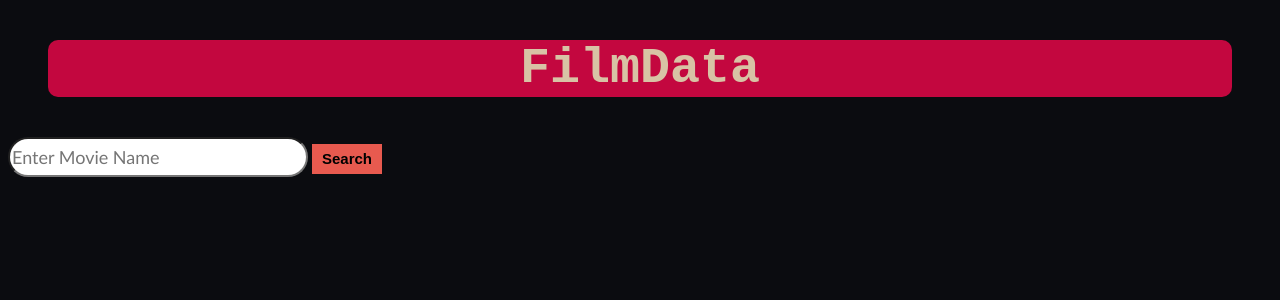
Repository: priyankajainmodi/film_data
Page: index.html
The author's editor kept a copy of each file at every save. The page is drawn from the files as they stood at one save, then again after the next save.
The browser window is 1280 px wide. The pictures show the whole page.

Above is the page before, as saved 2021-11-26 13:38:27.

### index.html
<html>

<head>
    <title>FilmData</title>

    <link rel="icon" href="favicon/favicon.ico" type="image/x-icon">
    <link rel="stylesheet" href="https://cdnjs.cloudflare.com/ajax/libs/font-awesome/4.7.0/css/font-awesome.min.css">

    <meta name="viewport" content="width=device-width, initial-scale=1.0">
    <style>
        #leftbox {
            float: left;
            margin-top: 20;
            width: 30%;
            height: 455px;
            margin-bottom: 30;
        }

        #rightbox {
            float: right;
            margin-top: 20;
            width: 70%;
            height: 455px;
            margin-bottom: 30;
        }

        .button {
            background-color: #E85A4F;
            border: none;
            color: black;
            text-align: center;
            font-size: 15px;
            opacity: 1;
            transition: 0.3s;
            display: inline-block;
            text-decoration: none;
            cursor: pointer;
            height: 30px;
            width: 70px;
        }

        .button:hover {
            opacity: 0.6
        }
    </style>

</head>

<body bgcolor="#0B0C10">
    <h1 id="heading" style="color:#D8C3A5;margin-bottom:50;border-radius:10px; text-align:center;font-family:monospace;background-color:#C3073F;font-size:50px;margin:40px;">FilmData</h1>

    <div id="enter">



        <input class="input" style=" border-radius:20px;height:40;width:300;font-size:18;font-family:calibri;" type="text" placeholder="Enter Movie Name"></input>
        <button class="button"><b>Search</b></button>

    </div>

    <div id="content">
        <div>
            <div id="leftbox">
            </div>
            <div id="rightbox"></div>
        </div>
        <br>
        <br>
        <table id="tb">

        </table>
    </div>

    <script src="https://cdn.jsdelivr.net/npm/axios/dist/axios.min.js"></script>
    <script src="film_data.js"></script>
</body>

</html>

### film_data.js
function reset() {
    while (document.querySelector('iframe') != null) {
        document.querySelector('iframe').remove();
    }
    while (document.querySelector('img') != null) {
        document.querySelector('img').remove();
    }

    let tble = document.querySelector('#tb');
    tble.innerHTML = "";
    while (document.querySelector('h2') != null) {
        document.querySelector('h2').remove();
    }

}
let inp = document.querySelector('input');
let but = document.querySelector('button')



but.onclick = () => {
    fetch(`https://www.omdbapi.com/?t=${inp.value}&apikey=a5b97ecf`)
        .then((res) => { return res.json(); })
        .then((data) => {

            if (data.Response == 'False') {
                reset();
                let p = document.createElement('h2');
                p.append(`${data.Error} \n Check the spelling once`);
                p.style.color = 'white';
                document.querySelector('#leftbox').appendChild(p);

            } else {
                reset();
                let tble = document.querySelector('#tb');
                let row1 = tble.insertRow(0);
                let cell11 = row1.insertCell(0);
                let cell12 = row1.insertCell(1);
                let row2 = tble.insertRow(1);
                let cell21 = row2.insertCell(0);
                let cell22 = row2.insertCell(1);
                let row3 = tble.insertRow(2);
                let cell31 = row3.insertCell(0);
                let cell32 = row3.insertCell(1);
                let row4 = tble.insertRow(3);
                let cell41 = row4.insertCell(0);
                let cell42 = row4.insertCell(1);
                let row5 = tble.insertRow(4);
                let cell51 = row5.insertCell(0);
                let cell52 = row5.insertCell(1);
                let row6 = tble.insertRow(5);
                let cell61 = row6.insertCell(0);
                let cell62 = row6.insertCell(1);
                let video = document.createElement('iframe');
                video.height = 400;
                video.width = 900;
                let img = document.createElement('img');
                let divi1 = document.querySelector('#leftbox');
                divi1.appendChild(img);

                fetch(`https://imdb-api.com/en/API/SearchMovie/k_3pxoshah/${inp.value}`)
                    .then(res => { return res.json(); })
                    .then((data) => { return data.results[0].id })
                    .then((title) => {

                        fetch(`https://imdb-api.com/en/API/YouTubeTrailer/k_3pxoshah/${title}`)
                            .then((res) => { console.log(res); return res.json() })
                            .then((data) => {
                                console.log(data.videoUrl);
                                if (data.videoUrl == null) {
                                    let box = document.querySelector("#rightbox");
                                    let h = document.createElement('h2');
                                    h.textContent = "Trailer not available >_<"
                                    h.style.color = 'white';
                                    box.appendChild(h);
                                } else {
                                    let url = `${data.videoUrl.replace('watch?v=', 'embed/')}`;
                                    video.src = `${url}`;
                                    let divi = document.querySelector("#rightbox");
                                    divi.appendChild(video);
                                }



                            })

                    })
                    .catch((err) => { console.log(err); })


                img.src = data.Poster;
                img.style.display = 'block';
                img.alt = "image couldn't load -_-";
                img.style.color = 'white';

                //row for actor details

                row1.style.fontSize = 20;

                cell11.innerHTML = 'Actors';
                cell12.innerHTML = `${data.Actors}`;
                cell11.style.color = '#E85A4F';
















                cell12.style.color = 'white';
                cell11.style.paddingRight = 50;
                cell12.style.width = 700;

                //row for director detail

                row2.style.fontSize = 20;

                cell21.innerHTML = 'Director';
                cell22.innerHTML = `${data.Director}`;
                cell21.style.color = '#E85A4F';



                cell22.style.color = 'white';
                cell21.style.paddingRight = 50;
                cell22.style.width = 700;

                //row for genre detail

                row3.style.fontSize = 20;

                cell31.innerHTML = 'Genre';
                cell32.innerHTML = `${data.Genre}`;
                cell31.style.color = '#E85A4F';



                cell32.style.color = 'white';
                cell31.style.paddingRight = 50;
                cell32.style.width = 700;

                //row for plot

                row4.style.fontSize = 20;

                cell41.innerHTML = 'Plot';
                cell42.innerHTML = `${data.Plot}`;
                cell41.style.color = '#E85A4F';



                cell42.style.color = 'white';
                cell41.style.paddingRight = 50;
                cell42.style.width = 700;

                //row for movie time


                row5.style.fontSize = 20;

                cell51.innerHTML = 'Duration';
                let time = parseInt(data.Runtime);
                cell52.innerHTML = `${Math.floor(time/60)} hr ${time%60} min`;
                cell51.style.color = '#E85A4F';



                cell52.style.color = 'white';
                cell51.style.paddingRight = 50;
                cell52.style.width = 700;

                //imdb rating


                row6.style.fontSize = 20;

                cell61.innerHTML = 'imdbRating';

                cell62.innerHTML = `${data.imdbRating}/10`;
                cell61.style.color = '#E85A4F';



                cell62.style.color = 'white';
                cell61.style.paddingRight = 50;
                cell62.style.width = 700;




            }


        })
}

After the next save:
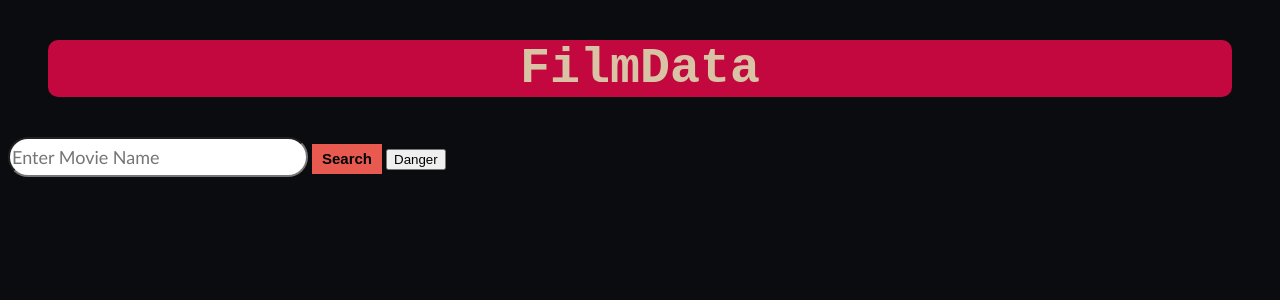
Saved 77 s later.
--- a/index.html
+++ b/index.html
@@ -55,7 +55,7 @@
 
         <input class="input" style=" border-radius:20px;height:40;width:300;font-size:18;font-family:calibri;" type="text" placeholder="Enter Movie Name"></input>
         <button class="button"><b>Search</b></button>
-
+        <button type="button" class="btn btn-danger">Danger</button>
     </div>
 
     <div id="content">
